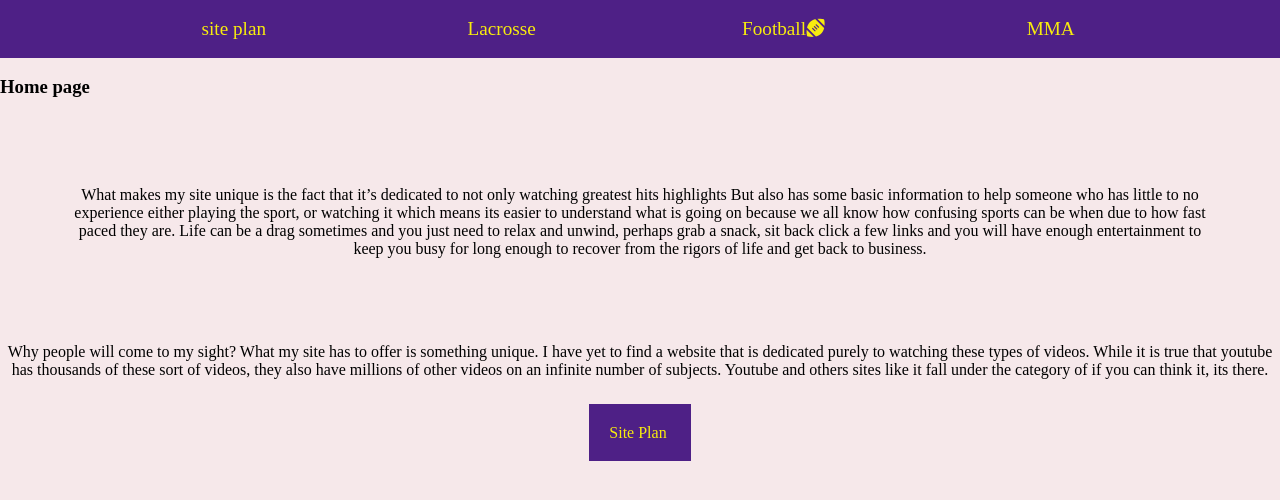
Repository: nak97/personal-site
Page: index.html
The author's editor kept a copy of each file at every save. The page is drawn from the files as they stood at one save, then again after the next save.
The browser window is 1280 px wide. The pictures show the whole page.
Some icons come from a web library that is not loaded, so they are not drawn. Some web libraries are served in a nearby version.

Above is the page before, as saved 2023-03-19 09:30:11.

After the next save:
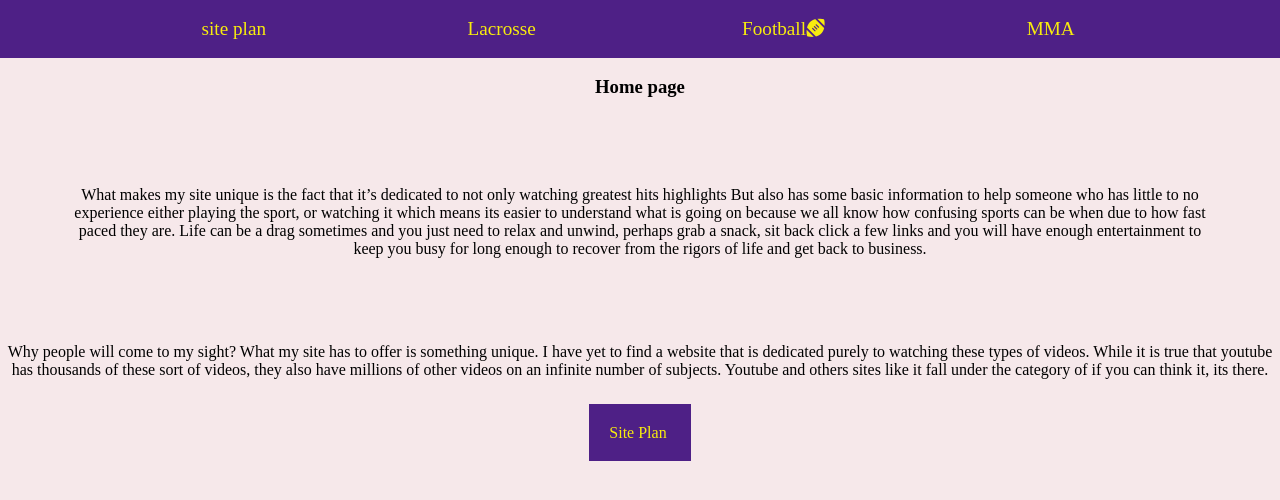
Saved 17 s later.
--- a/index.html
+++ b/index.html
@@ -15,14 +15,14 @@
     <a href="football.html" target="_blank">Football<i class="fa-solid fa-football"></i></a>
     <a href="mma.html" target="_blank">MMA  <i class="fa-solid fa-boxing-glove"></i></a>
   </nav>
-<section>
+<section class="home">
 <h3>Home page</h3>
       <p class="p1">
         What makes my site unique is the fact that it’s dedicated to not only watching greatest hits highlights But also has some basic information to help someone who has little to no experience either playing the sport, or watching it which means its easier to understand what is going on because we all know how confusing sports can be when due to how fast paced they are.
         Life can be a drag sometimes and you just need to relax and unwind, perhaps grab a snack,
         sit back click a few links and you will have enough entertainment to keep you busy for long enough to recover from the rigors of life and get back to business.
       </p>
-      <p class="-2">
+      <p class="p2">
         Why people will come to my sight?
         What my site has to offer is something unique. I have yet to find a website that is dedicated purely to watching these types of videos.
         While it is true that youtube has thousands of these sort of videos, they also have millions of other videos on an infinite number of subjects. Youtube and others sites
